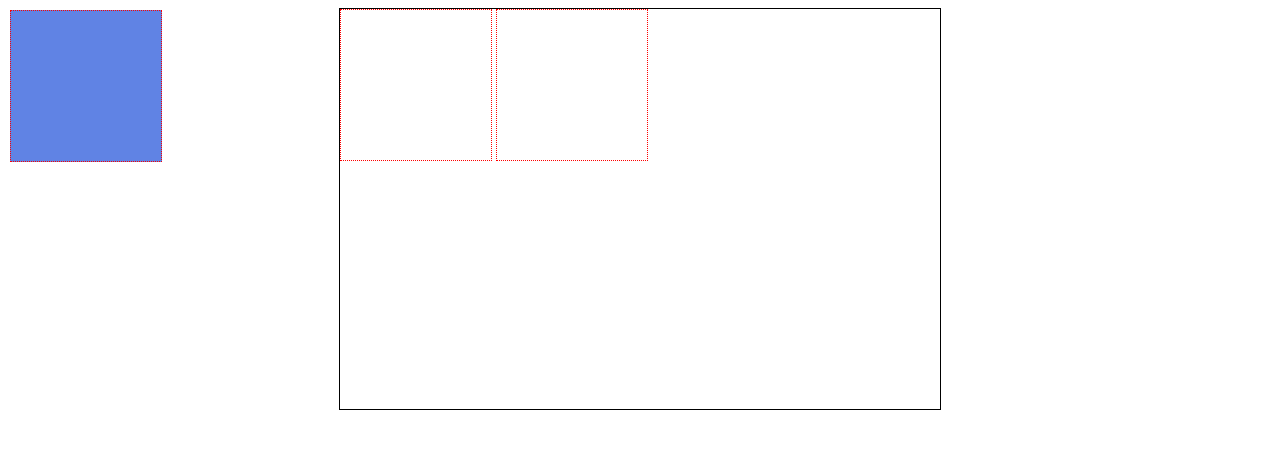
Repository: LstHeart/html-learning
Page: css/static和relative定位.html
The author's editor kept a copy of each file at every save. The page is drawn from the files as they stood at one save, then again after the next save.
The browser window is 1280 px wide. The pictures show the whole page.

Above is the page before, as saved 2021-01-06 20:38:47.

After the next save:
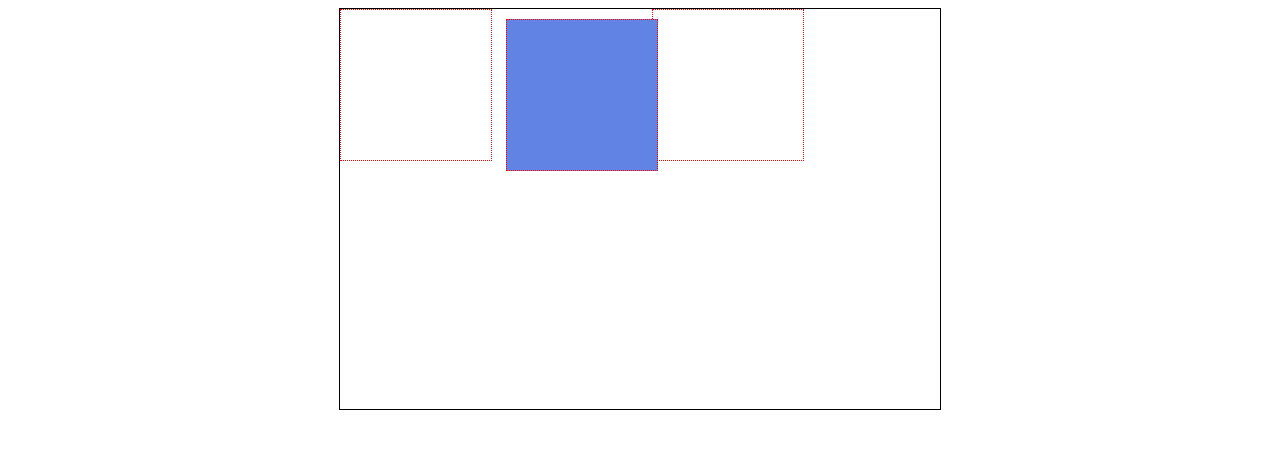
Saved 99 s later.
--- a/css/static和realtive.css
+++ b/css/static和realtive.css
@@ -19,9 +19,9 @@
     background-color: rgb(96, 131, 228);
 } */
 .box2{
-    /* position: relative; */
+    position: relative;
     /* position: absolute; */
-    position: fixed;
+    /* position: fixed; */
     left: 10px;
     top: 10px;
     background-color: rgb(96, 131, 228);

After the save that followed:
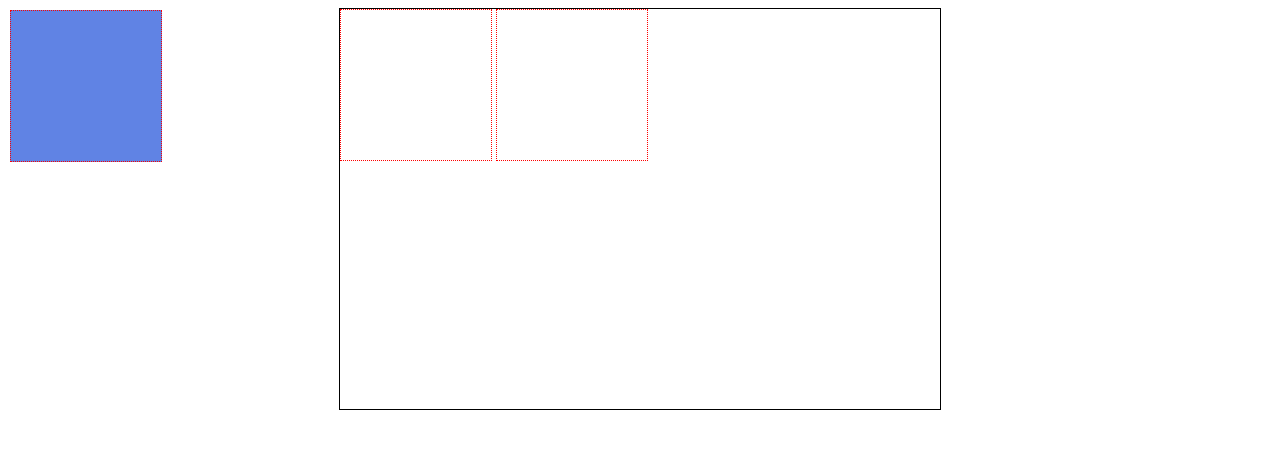
Saved 18 s later.
--- a/css/static和realtive.css
+++ b/css/static和realtive.css
@@ -19,9 +19,9 @@
     background-color: rgb(96, 131, 228);
 } */
 .box2{
-    position: relative;
+    /* position: relative; */
     /* position: absolute; */
-    /* position: fixed; */
+    position: fixed;
     left: 10px;
     top: 10px;
     background-color: rgb(96, 131, 228);
